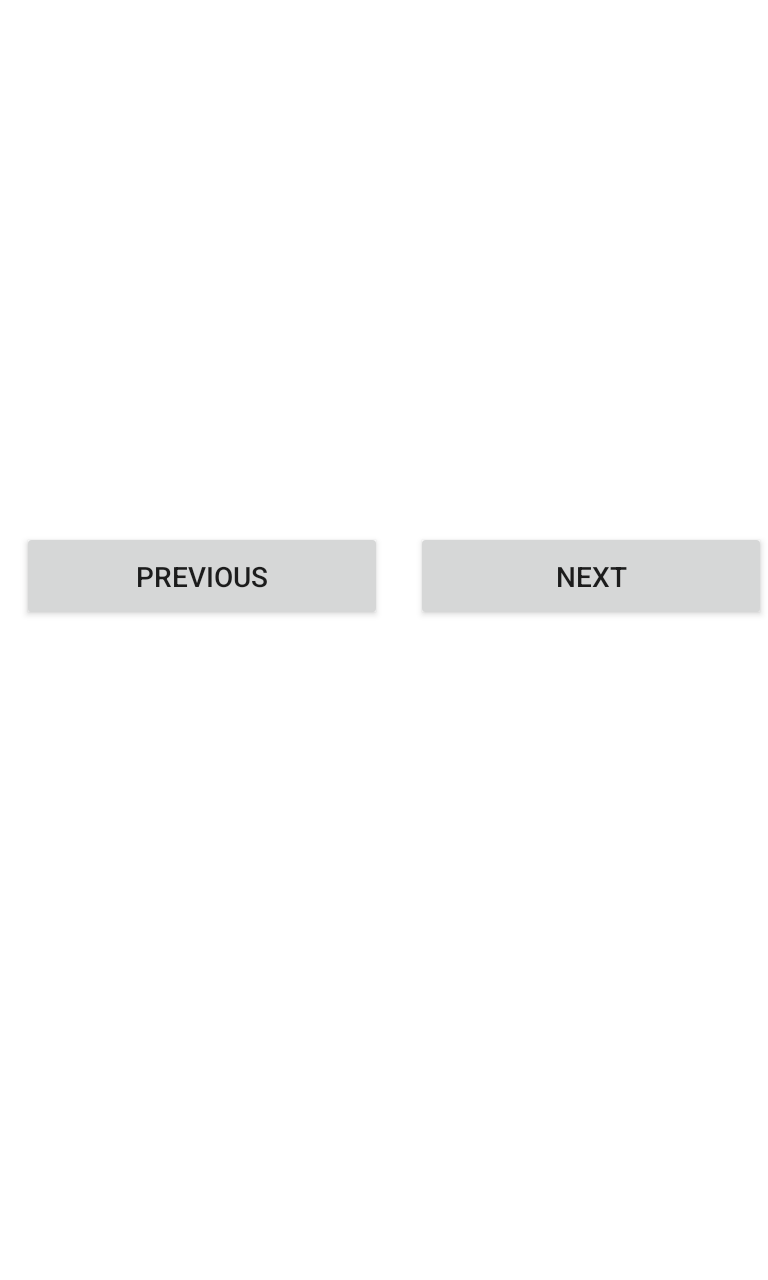
Repository: Warun26/PropertySearch
Layout: PropertySearch/res/layout/historical_zestimates_tab.xml
An editor plug-in stored every save of this project. The layout is shown before and after the next save, followed by the edit.
It is drawn on a 768 x 1280 px phone screen (xhdpi) without system bars, with theme AppTheme; the app's code is not run. The app's manifest (not shown) leaves right-to-left support off. So textAlignment, textDirection and layoutDirection are ignored, and left and right values win over start and end ones.

Above is the layout before, as saved 2014-11-23 05:13:52.

After the next save:
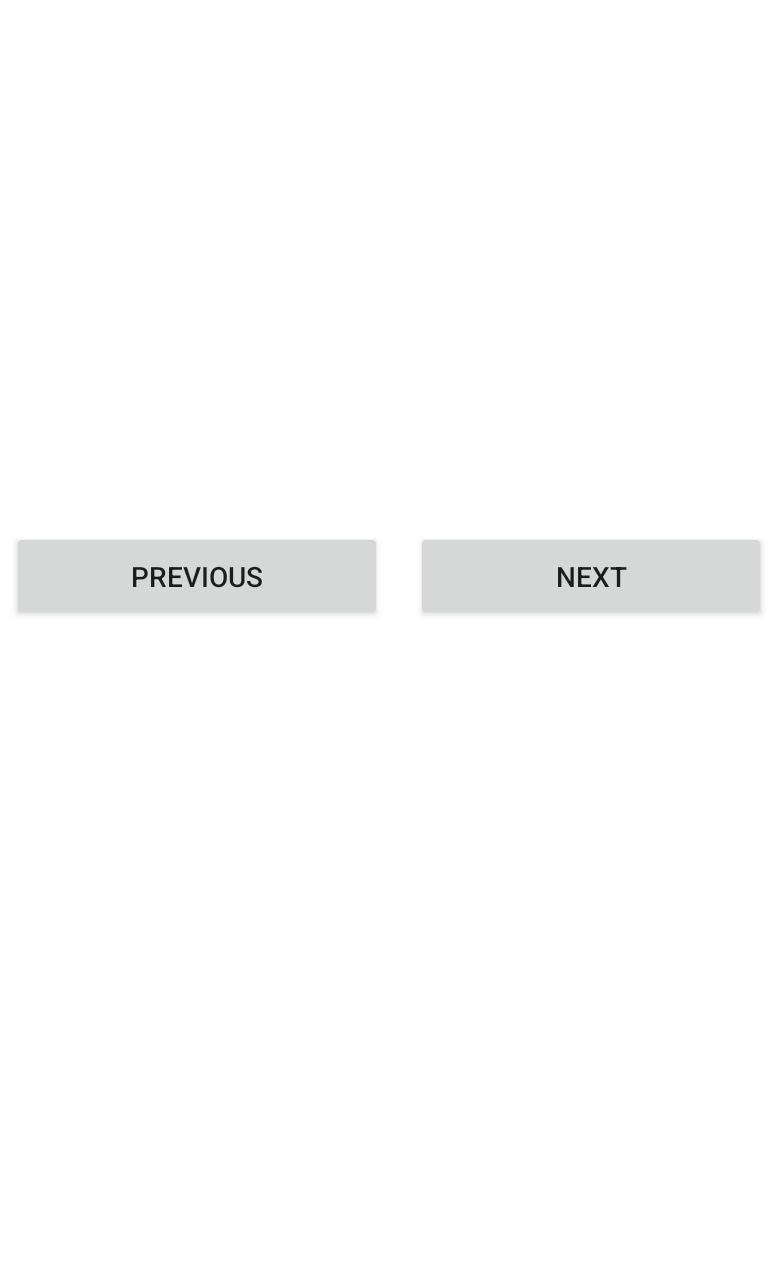
Saved 9 s later.
--- a/PropertySearch/res/layout/historical_zestimates_tab.xml
+++ b/PropertySearch/res/layout/historical_zestimates_tab.xml
@@ -44,8 +44,8 @@
 	        android:layout_width="fill_parent"
 	        android:layout_height="wrap_content"
 	        android:text="@string/previous"
-	        android:layout_marginLeft="10dp"
-	        android:layout_marginStart="10dp"
+	        android:layout_marginLeft="5dp"
+	        android:layout_marginStart="5dp"
 	        android:layout_marginTop="20dp"
 	        android:paddingLeft="3dp"
 	        android:paddingRight="3dp"
